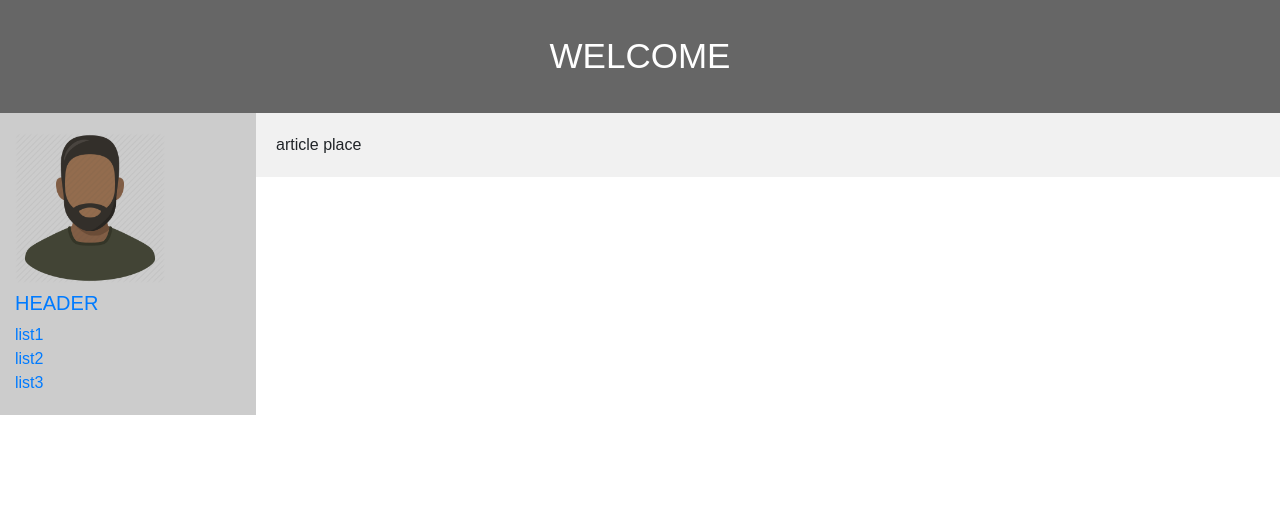
Repository: idrice24/IDRICE24-DASHBOARD
Page: html/header.html
An editor plug-in stored every save of this project. The page is shown before and after the next save, followed by the edit.
The browser window is 1280 px wide. The pictures show the whole page.

Above is the page before, as saved 2020-09-03 23:37:27.

### html/header.html
<!DOCTYPE html>
<html lang="en">

<head>
    <meta charset="UTF-8">
    <meta name="viewport" content="width=device-width, initial-scale=1.0">
    <meta http-equiv="X-UA-Compatible" content="ie=edge">
    <title>Document</title>
    <link rel="stylesheet" href="../vendor/bootstrap-4.1/bootstrap.min.css">
    <link rel="stylesheet" href="../vendor/font-awesome-4.7/css/font-awesome.min.css">
    <link rel="stylesheet" href="../vendor/idrice24folder/idrice24.css">
</head>

<body>
    <header>WELCOME</header>
    <section>
        <nav class="nav nav-pills nav-stacked">
            <div class="container-fluid">
                <div class="row">
                    <div class="col-md-4">
                        <a href="../imgs/login2.PNG" class="thumbnail">
                            <img src="../imgs/login2.PNG" alt="Pulpit Rock" style="width:150px;height:150px">
                        </a>
                    </div>
                </div>
                <div class="navbar-header">
                    <a class="navbar-brand" href="#">HEADER</a>
                </div>

                <ul class="nav navbar-nav">
                    <li class="active"><a href="#">list1</a></li>
                    <li><a href="#">list2</a></li>
                    <li><a href="#">list3</a></li>
                </ul>
        </nav>








        <article>article place</article>
    </section>

</body>

</html>

### vendor/idrice24folder/idrice24.css
                                * {
                                box-sizing: border-box;
                            }

                            body {
                                font-family: Arial, Helvetica, sans-serif;
                            }

                            h1,
                            h2,
                            h3 {
                                background-color: blueviolet;
                            }

                            header {
                                background-color: #666;
                                padding: 30px;
                                text-align: center;
                                font-size: 35px;
                                color: white;
                            }
                            /* Clear floats after the columns */

                            section:after {
                                content: "";
                                display: table;
                                clear: both;
                            }

                            article {
                                float: left;
                                padding: 20px;
                                width: 80%;
                                background-color: #f1f1f1;
                                height: 100%;
                                /* only for demonstration, should be removed */
                            }
                            /* Create two columns/boxes that floats next to each other */

                            nav {
                                float: left;
                                width: 20%;
                                height: auto;
                                background: #ccc;
                                padding: 20px;
                            }
                            /* Style the footer */

                            footer {
                                background-color: #777;
                                padding: 10px;
                                text-align: center;
                                color: white;
                            }
                            /* Responsive layout - makes the two columns/boxes stack on top of each other instead of next to each other, on small screens */

                            @media (max-width: 600px) {
                                nav,
                                article {
                                    width: 100%;
                                    height: auto;
                                }

Loaded but not shown: vendor/bootstrap-4.1/bootstrap.min.css (library); vendor/font-awesome-4.7/css/font-awesome.min.css (library)

After the next save:
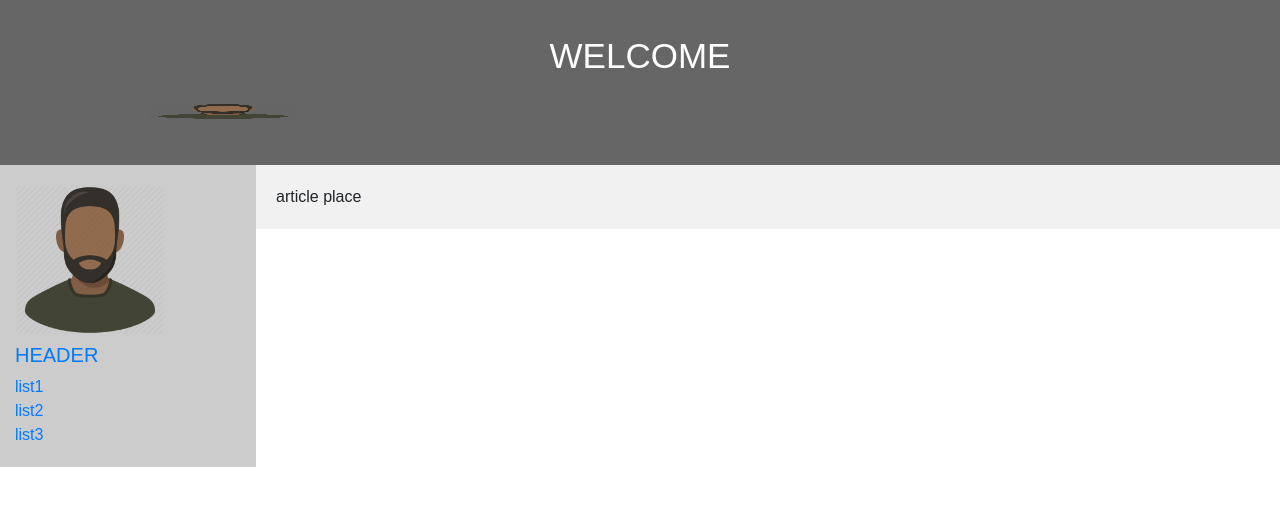
Saved 4 min 31 s later.
--- a/html/header.html
+++ b/html/header.html
@@ -12,7 +12,15 @@
 </head>
 
 <body>
-    <header>WELCOME</header>
+    <header>WELCOME
+        <div class="row">
+            <div class="col-md-4">
+                <a href="../imgs/login2.PNG" class="thumbnail">
+                    <img src="../imgs/login2.PNG" alt="Pulpit Rock" style="width:150px;height:15px">
+                </a>
+            </div>
+        </div>
+    </header>
     <section>
         <nav class="nav nav-pills nav-stacked">
             <div class="container-fluid">
